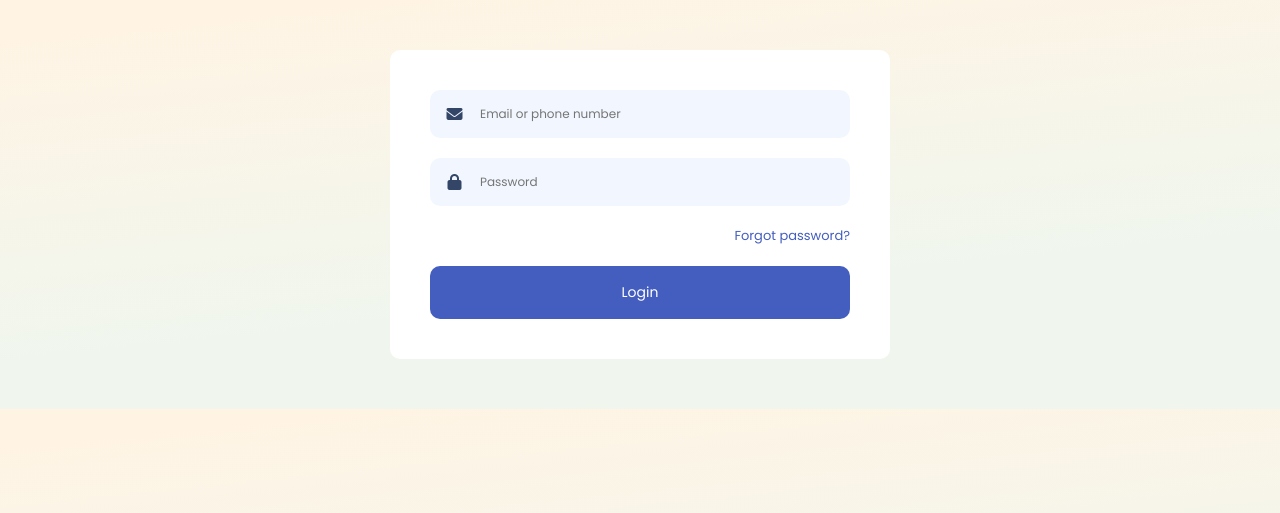
Repository: VuTuanAnh0949/loginForm
Page: index.html
The author's editor kept a copy of each file at every save. The page is drawn from the files as they stood at one save, then again after the next save.
The browser window is 1280 px wide. The pictures show the whole page.

Above is the page before, as saved 2022-04-15 21:01:08.

### index.html
<!DOCTYPE html>
<html lang="en">
<head>
  <meta charset="UTF-8">
  <meta http-equiv="X-UA-Compatible" content="IE=edge">
  <meta name="viewport" content="width=device-width, initial-scale=1.0">
  <link
  href="https://fonts.googleapis.com/css2?family=Poppins:wght@300;400;600&display=swap"
  rel="stylesheet"
/>
<link rel="stylesheet" href="style.css">
<link rel="stylesheet" href="/fontawesome-free-6.1.1-web/css/all.css">
  <title>Login</title>
</head>
<body>
  <div class="login">
    <div class="login-field">
      <i class="fa-solid fa-envelope login-icon"></i>
      <input type="email" class="login-input" placeholder="Email or phone number">
    </div>
    <div class="login-field">
      <i class="fa-solid fa-lock login-icon"></i>
      <input type="password" class="login-input" placeholder="Password">
    </div>
    <a href="#" class="login__forgot--password">Forgot password?</a>
    <button class="login-submit">Login</button>
  </div>
</body>
</html>

### style.css
html{
  font-size: 62.5%;
  font-family: "Poppins", sans-serif;
}
*{
box-sizing: border-box;
}
body{
  background-image: linear-gradient( 174.2deg,  rgba(255,244,228,1) 7.1%, rgba(240,246,238,1) 67.4% );
}
.login{
width: 500px;
margin: 50px auto;
padding: 40px;
background-color: white;
border-radius: 10px;
}
.login-field{
  display: flex;
  align-items: center;
  background-color: #f2f7ff;
  padding: 15px;
  margin-bottom: 20px;
  border-radius: 10px;
}
.login-icon{
  color: #344667;
  font-size: 16px;
  width: 20px;
  text-align: center;

}
.login-input{
  font-family: "Poppins", sans-serif;
  border: 0;
  padding: 0 0 0 16px;
  background-color: transparent;
  width: 100%;
  outline: none;
  font-size: 12px;
}
.login-submit{
  color: white;
  border-radius: 10px;
  display: block;
  width: 100%;
  border: 0;
  padding: 16px 10px;
   background-color: #435ebe;
   font-size: 14px;
   font-family: "Poppins", sans-serif;
}
.login__forgot--password{
  display: block;
  text-decoration: none;
  text-align: right;
  margin-bottom: 20px;
  font-size: 13px;
  color: #435ebe;
}

Loaded but not shown: fontawesome-free-6.1.1-web/css/all.css (library)

After the next save:
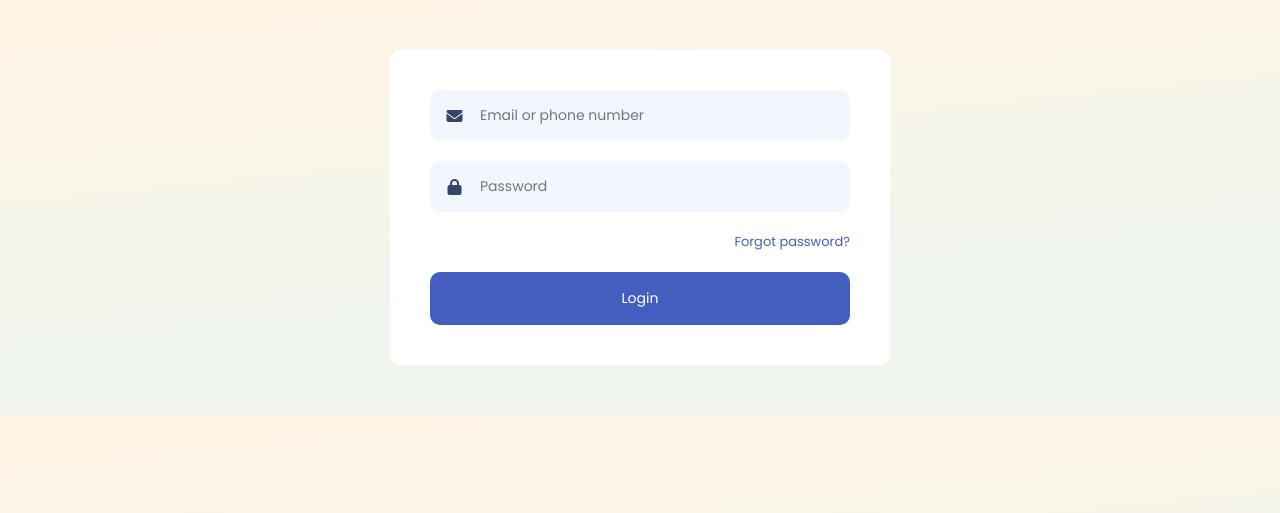
Saved 4 s later.
--- a/style.css
+++ b/style.css
@@ -37,7 +37,7 @@ border-radius: 10px;
   background-color: transparent;
   width: 100%;
   outline: none;
-  font-size: 12px;
+  font-size: 14px;
 }
 .login-submit{
   color: white;
